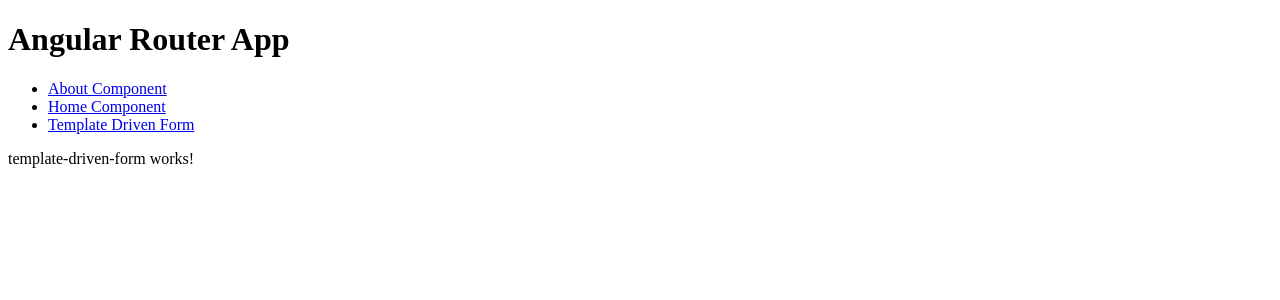
Repository: PhamTrungNguyen/Angular12
Page: /form (app in Angular/)
The author's editor kept a copy of each file at every save. The page is drawn from the files as they stood at one save, then again after the next save.
The browser window is 1280 px wide. The pictures show the whole page.
The project was rebuilt for these pictures with package versions that can differ from the ones it lists, and the page was loaded fresh each time. Also part of the build but not shown: Angular/angular.json, Angular/src/app/home/home.component.ts, Angular/src/app/Service/home.service.ts, Angular/src/app/about/about.component.ts, Angular/src/app/page-not-found/page-not-found.component.ts.

Above is the page before, as saved 2023-01-03 21:49:15.

### Angular/src/app/app.module.ts
import { NgModule } from '@angular/core';
import { BrowserModule } from '@angular/platform-browser';

import { AppRoutingModule } from './app-routing.module';
import { AppComponent } from './app.component';
import { HomeComponent } from './home/home.component';
import { AboutComponent } from './about/about.component';
import { FormsModule } from '@angular/forms';
@NgModule({
  declarations: [AppComponent, HomeComponent, AboutComponent],
  imports: [BrowserModule, AppRoutingModule, FormsModule],
  providers: [],
  bootstrap: [AppComponent],
})
export class AppModule {}

### Angular/src/app/app-routing.module.ts
import { TemplateDrivenFormComponent } from './template-driven-form/template-driven-form.component';
import { HomeComponent } from './home/home.component';
import { AboutComponent } from './about/about.component';
import { PageNotFoundComponent } from './page-not-found/page-not-found.component';
import { NgModule } from '@angular/core';
import { RouterModule, Routes } from '@angular/router';

const routes: Routes = [
  { path: 'about', component: AboutComponent },
  { path: 'home', component: HomeComponent },
  { path: 'form', component: TemplateDrivenFormComponent },
  { path: '', component: HomeComponent },
  { path: '**', component: PageNotFoundComponent },
];

@NgModule({
  imports: [RouterModule.forRoot(routes)],
  exports: [RouterModule],
})
export class AppRoutingModule {}

### Angular/src/app/template-driven-form/template-driven-form.component.ts
import { Component } from '@angular/core';

@Component({
  selector: 'app-template-driven-form',
  templateUrl: './template-driven-form.component.html',
  styleUrls: ['./template-driven-form.component.scss']
})
export class TemplateDrivenFormComponent {

}

### Angular/src/app/app.component.html
<h1>Angular Router App</h1>
<!-- This nav gives you links to click, which tells the router which route to use (defined in the routes constant in  AppRoutingModule) -->
<nav>
    <ul>
        <li>
            <a routerLink="/about" routerLinkActive="active" ariaCurrentWhenActive="page">About Component</a>
        </li>
        <li>
            <a routerLink="/home" routerLinkActive="active" ariaCurrentWhenActive="page">Home Component</a>
        </li>
        <li>
            <a routerLink="/form" routerLinkActive="active" ariaCurrentWhenActive="page">Template Driven Form</a>
        </li>
    </ul>
</nav>
<!-- The routed views render in the <router-outlet>-->
<router-outlet></router-outlet>

### Angular/src/app/template-driven-form/template-driven-form.component.html
<p>template-driven-form works!</p>
<form action=""></form>

Loaded but not shown: Angular/src/index.html (common file); Angular/src/styles.scss (common file); Angular/src/main.ts (common file); Angular/src/app/app.component.ts (common file); Angular/src/app/app.component.scss (no stored copy; drawn as an empty file); Angular/src/app/template-driven-form/template-driven-form.component.scss (no stored copy; drawn as an empty file)

After the next save:
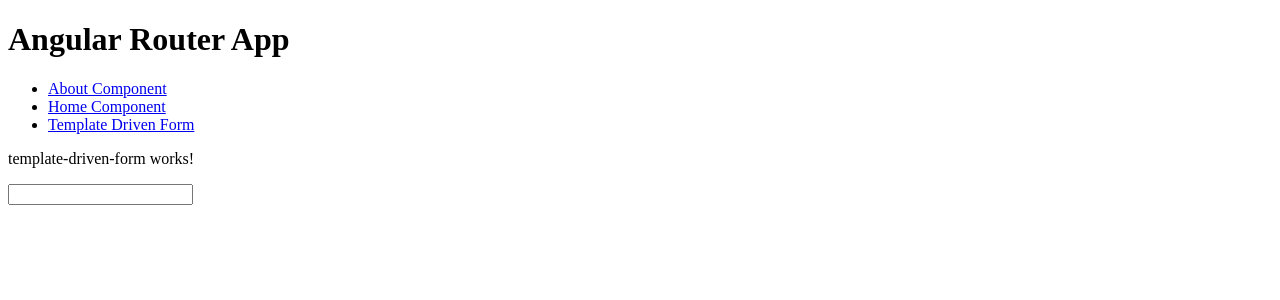
Saved 5 s later.
--- a/Angular/src/app/template-driven-form/template-driven-form.component.html
+++ b/Angular/src/app/template-driven-form/template-driven-form.component.html
@@ -1,2 +1,4 @@
 <p>template-driven-form works!</p>
-<form action=""></form>
+<form action="">
+    <input type="text">
+</form>
